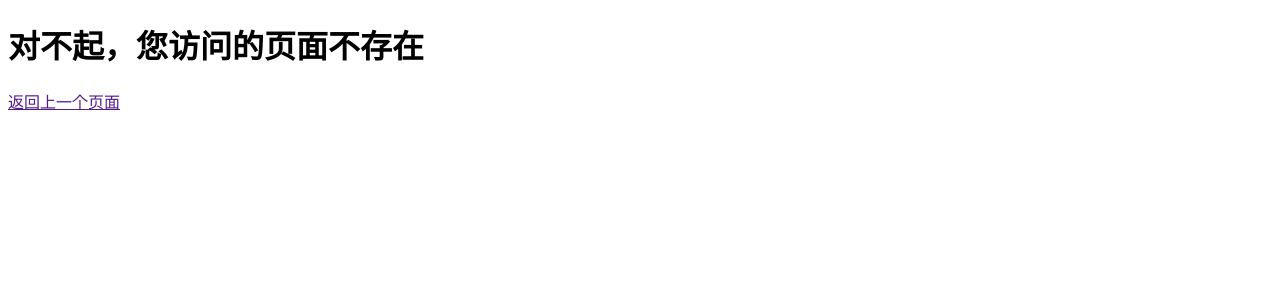
Repository: SUT-GC/myblog
Page: http://localhost/myblog/jsp/error.jsp
The author's editor kept a copy of each file at every save. The page is drawn from the files as they stood at one save, then again after the next save.
The browser window is 1280 px wide. The pictures show the whole page.
The page is served by Tomcat 9.

Above is the page before, as saved 2015-09-26 12:39:44.

After the next save:
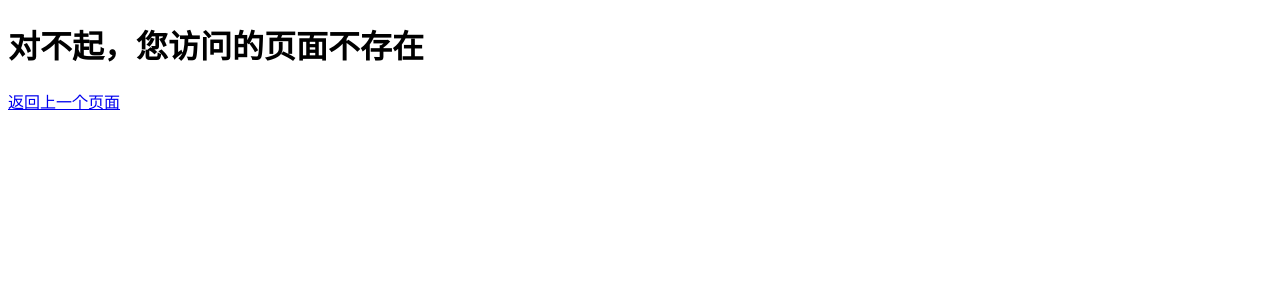
Saved 2 min 4 s later.
--- a/javaee_workspace/myblog/WebContent/jsp/error.jsp
+++ b/javaee_workspace/myblog/WebContent/jsp/error.jsp
@@ -8,6 +8,6 @@
 </head>
 <body>
 <h1>对不起，您访问的页面不存在</h1>
-<a href="">返回上一个页面</a>
+<a href=\"javascript:history.go(-1)\>返回上一个页面</a>
 </body>
 </html>
